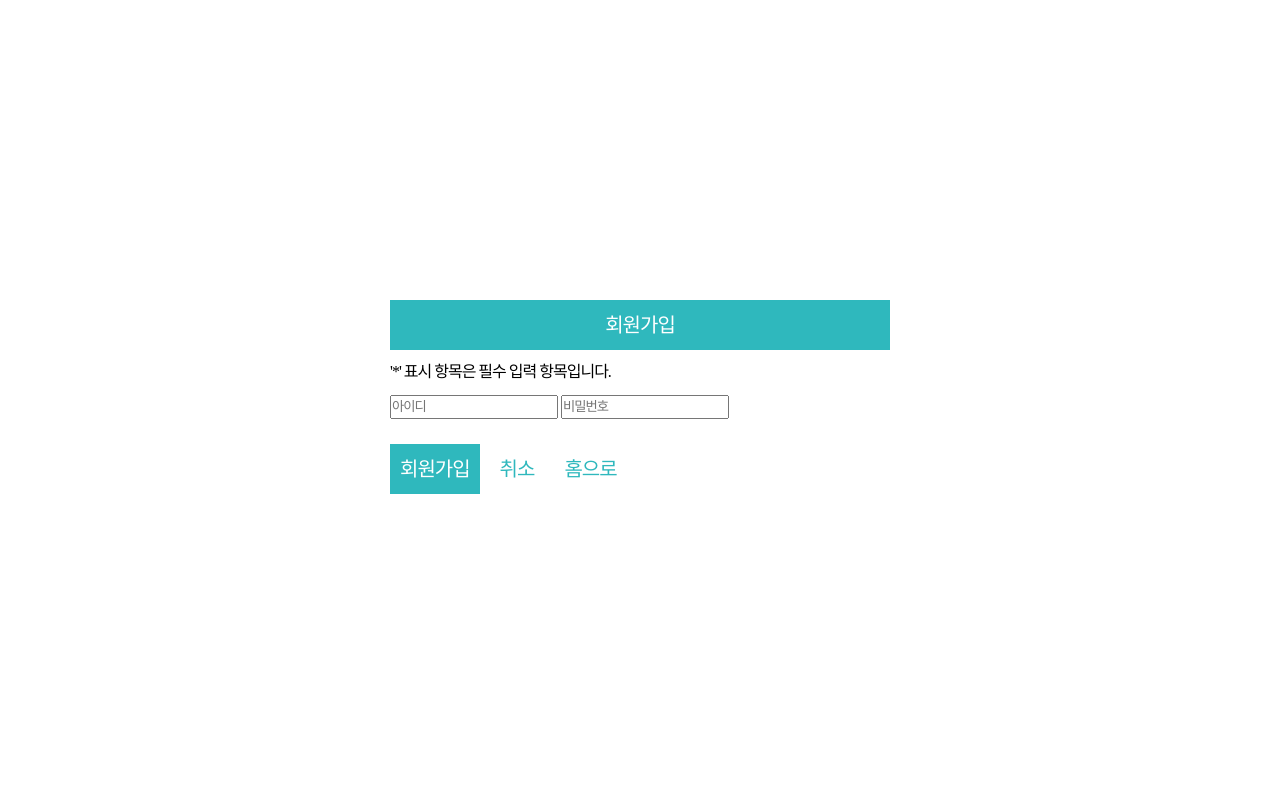
Repository: InhoKang92/jsp_1018
Page: http://localhost/Web_01/join.jsp
These files come from the project's save history. The page is drawn as it stood at one moment and after the next save; the edit follows.
The browser window is 1280 px wide. The pictures show the whole page.
Some web fonts or font styles are not loaded; a fallback is used. The page is served by Tomcat 9. Other server files are loaded and not shown.

Above is the page before, as saved 2024-10-16 02:04:02.

### Web_01/src/main/webapp/join.jsp
<%@ page language="java" contentType="text/html; charset=UTF-8"
pageEncoding="UTF-8"%>
<!DOCTYPE html>
<html>
<head>
<meta charset="UTF-8">

<link rel="stylesheet" href="css/reset.css">
<link rel="stylesheet" href="css/join.css">

<title>모던하우스 회원가입</title>
</head>
<body>


      <form method="post" name="frm">

        <div class="join_box">
            <div class="title_box">회원가입</div>
            <p class="mand">'*' 표시 항목은 필수 입력 항목입니다.</p>
            <div class="input_box">
                <input class="id_input" type="text" placeholder="아이디" name="userid">
                <input class="pw_input" type="password" placeholder="비밀번호" name="pwd">


            </div>
            <div class="button_box">
            	<input type="submit" class="join_btn" value="회원가입" onclick="return ">
            	<input type="reset" class="reset_btn" value="취소">
            	<input type="button" class="home_btn" value="홈으로" onclick="location.href='ModernServlet?command=mdh_index'">
            </div>


        </div>
      </form>

</body>
</html>

### Web_01/src/main/webapp/css/reset.css
@charset "utf-8";

@font-face {
    font-family: 'Pretendard-Regular';
    src: url('https://fastly.jsdelivr.net/gh/Project-Noonnu/noonfonts_2107@1.1/Pretendard-Regular.woff') format('woff');
    font-weight: 400;
    font-style: normal;
}

/* CSS 리셋 */
* {
    margin: 0;
    padding: 0;
    color: #000;
    list-style: none;
    text-decoration: none;
    box-sizing: border-box;
    line-height: 1.5;
    letter-spacing: -1px;
    font-family: 'Pretendard-Regular';
}

### Web_01/src/main/webapp/css/join.css
@charset "utf-8";

.join_box {
    width: 500px;
    margin: 300px auto;
}
.title_box {
    width: 100%;
    background-color: #2fb8bd;
    border: none;
    color: #fff;
    font-size: 20px;
    padding: 10px;
    text-align: center;
}
.mand {
	margin: 10px 0;
}


.button_box {
    display: flex;
    gap: 10px;
    width: 500px;

}
.join_btn {
	text-align: center;
	background-color: #2fb8bd;
    border: none;
    color: #fff;
    font-size: 20px;
    padding: 10px;
    margin-top: 25px;
    margin-bottom: 15px;
    cursor: pointer;
}

.reset_btn {
	text-align: center;
	background-color: #fff;
    border: none;
    color: #2fb8bd;
    font-size: 20px;
    padding: 10px;
    margin-top: 25px;
    margin-bottom: 15px;
    cursor: pointer;
}

.home_btn {
	text-align: center;
	background-color: #fff;
    border: none;
    color: #2fb8bd;
    font-size: 20px;
    padding: 10px;
    margin-top: 25px;
    margin-bottom: 15px;
    cursor: pointer;
}

After the next save:
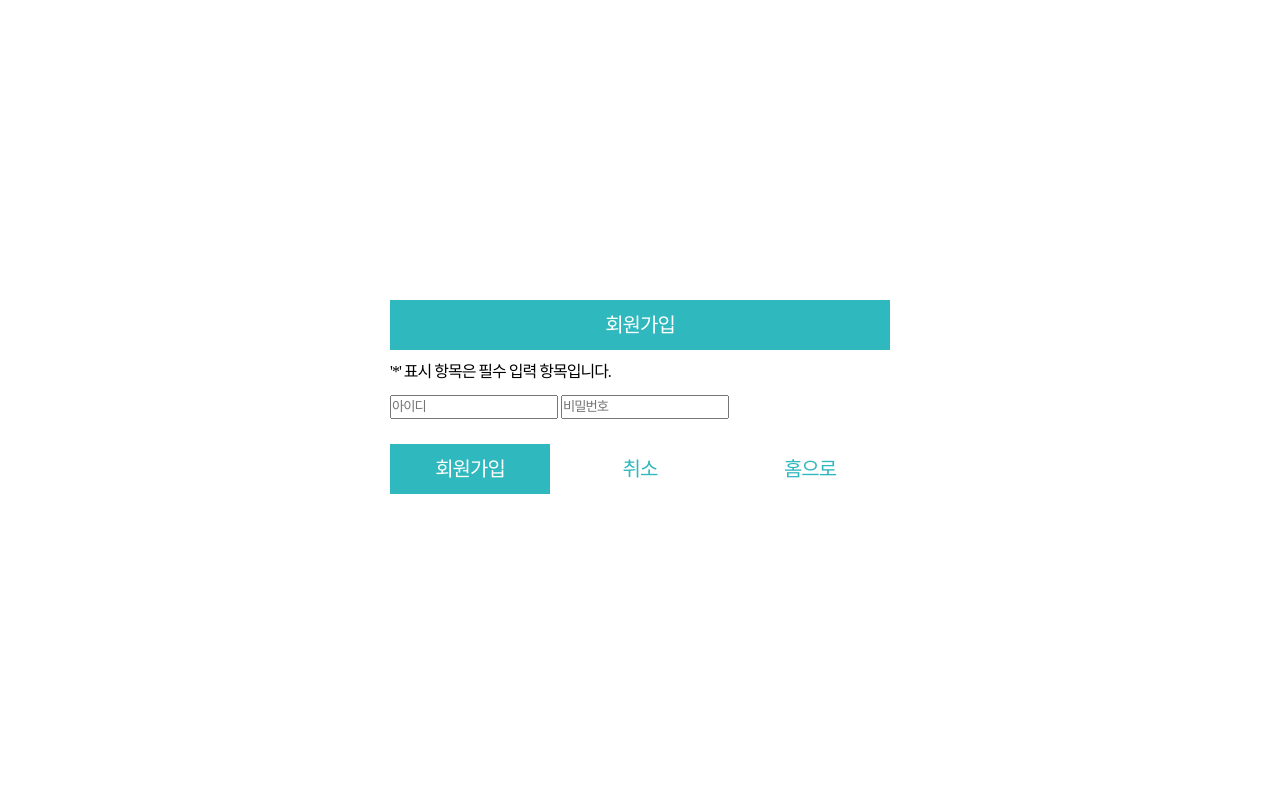
Saved 21 s later.
--- a/Web_01/src/main/webapp/css/join.css
+++ b/Web_01/src/main/webapp/css/join.css
@@ -25,6 +25,7 @@
 
 }
 .join_btn {
+	flex: 1;
 	text-align: center;
 	background-color: #2fb8bd;
     border: none;
@@ -37,6 +38,7 @@
 }
 
 .reset_btn {
+	flex: 1;
 	text-align: center;
 	background-color: #fff;
     border: none;
@@ -49,6 +51,7 @@
 }
 
 .home_btn {
+	flex: 1;
 	text-align: center;
 	background-color: #fff;
     border: none;
